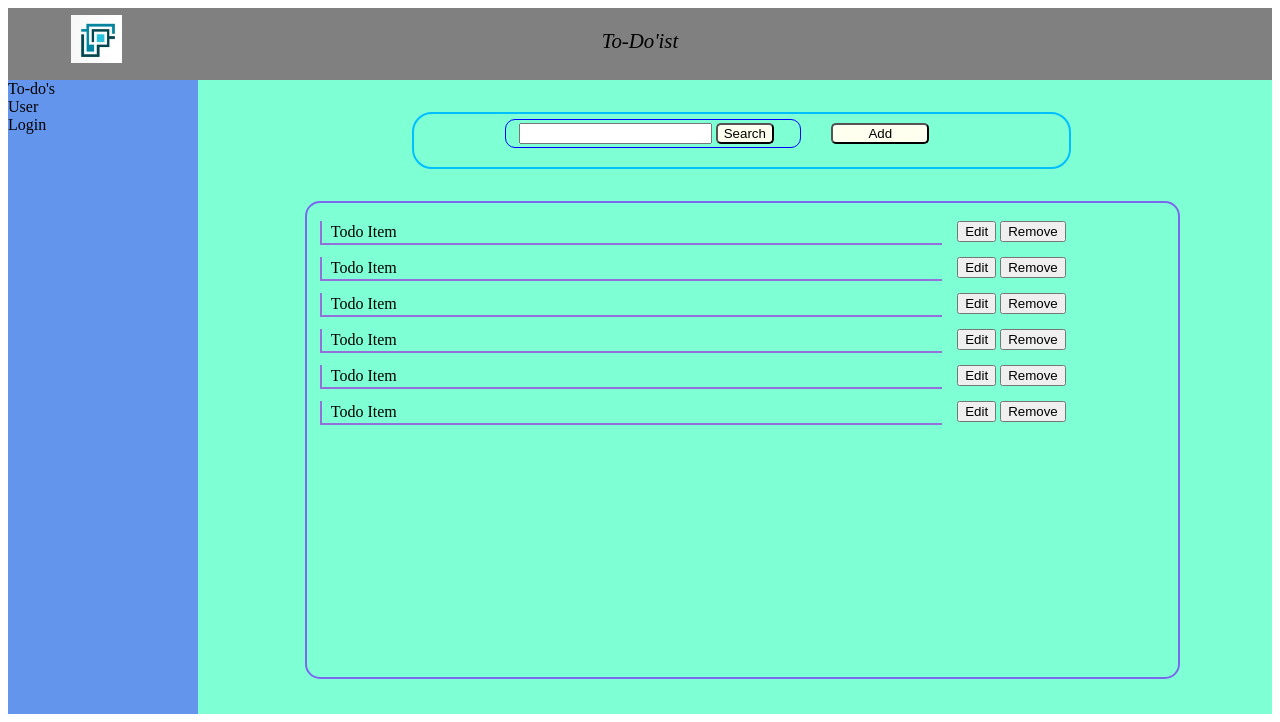
Repository: tavisca-pkadam/Todo-Website
Page: home.html
An editor plug-in stored every save of this project. The page is shown before and after the next save, followed by the edit.
The browser window is 1280 px wide. The pictures show the whole page.

Above is the page before, as saved 2019-08-20 08:35:52.

### home.html
<!DOCTYPE html>
<html>
  <head>
    <meta charset="utf-8" />
    <meta http-equiv="X-UA-Compatible" content="IE=edge" />
    <title>Page Title</title>
    <meta name="viewport" content="width=device-width, initial-scale=1" />
    <link rel="stylesheet" type="text/css" media="screen" href="main.css" />

    <link rel="import" href="components/header.html" />

    <!-- <script src='main.js'></script> -->
  </head>
  <body>
    <div id="head" class="header">
      <img id="company_logo" src="src/logo.jpg" width="5%" />
      <p id="todo_header"><i>To-Do'ist</i></p>
    </div>


    <div id="side_nav">
      <div>
        To-do's
      </div>
      <div>
        User
      </div>
      <div>
        Login
      </div>
    </div>
    <div id="todo_content">
        <div id="todo_content_head">
            <div id="todo_content_search">
                <input type="text" style="padding-right:10px">
                <button class="search_button">Search</button>
            </div>
            <button id="todo_content_add" class="search_button">Add</button>
        </div>
        <div id="todo_list">
            <div class="todo_item">
                <div class="todo_detail">
                        Todo Item
                </div>
                <button class="todo_edit_btn">Edit</button>
                <button>Remove</button>
            </div>
            <div class="todo_item">
                <div class="todo_detail">
                        Todo Item
                </div>
                <button class="todo_edit_btn">Edit</button>
                <button>Remove</button>
            </div>
            <div class="todo_item">
                <div class="todo_detail">
                        Todo Item
                </div>
                <button class="todo_edit_btn">Edit</button>
                <button>Remove</button>
            </div>
            <div class="todo_item">
                <div class="todo_detail">
                        Todo Item
                </div>
                <button class="todo_edit_btn">Edit</button>
                <button>Remove</button>
            </div>
            <div class="todo_item">
                <div class="todo_detail">
                        Todo Item
                </div>
                <button class="todo_edit_btn">Edit</button>
                <button>Remove</button>
            </div>
            <div class="todo_item">
                <div class="todo_detail">
                        Todo Item
                </div>
                <button class="todo_edit_btn">Edit</button>
                <button>Remove</button>
            </div>
        </div>
    </div>
  </body>
</html>

### main.css
.header {
    background-color:gray;
    position: relative;
    width: 100%;
    height: 10vh;
}

#company_logo {
    position: absolute;
    left: 5%;
    width: 4%;
    margin-top: 1vh;
}

#todo_header {
    font-size: 1.3em;
    font-style: oblique;
    font-stretch: expanded;
    position: absolute;
    width: 100%;
    text-align: center;
    /* right: 45%; */
}

#side_nav {
    position: fixed;
    width: 15%;
    background-color: cornflowerblue;
    height: 88vh;
}

#todo_content {
    position: relative;
    left: 15%;
    width:85%;
    background-color: aquamarine;
    height: 88vh;
}

#todo_content_head {
    border: 1px;
    position: relative;
    /* background-color: deepskyblue; */
    padding: 5px;
    width: 60%;
    height: 6vh;
    border-radius: 20px;
    left: 20%;
    top: 5%;

    border-width: 2px;
    border-style: solid;
    border-color: deepskyblue;
}

.search_button{
    text-align: center;
    background-color: ivory;
    border-radius: 5px;
}

#todo_content_search{
    position: absolute;
    /* background-color: darksalmon; */
    padding: 0.5%;
    margin-left:4%;
    padding-left: 2%;
    padding-right: 4%;
    left: 5vw;
    border-radius: 10px;
    border-width: 1px;
    border-style: solid;
    border-color: blue;

}
#todo_content_add {
    position: absolute;
    background-color: ivory;
    left: 30vw;
    /* top: 10px; */
    width: 15%;
    margin: 4px;
    margin-left: 5%;
}


#todo_list {
    /* background-color: mediumslateblue; */
    position: relative;
    width: 80%;
    left: 10%;
    top: 10%;
    height: 65vh;
    border-radius: 15px;
    padding:3px;
    padding-left: 8px;


    border-width: 2px;
    border-style: solid;
    border-color: mediumslateblue;
}

.todo_item{
    margin:5px;
    margin-top: 15px;
}

.todo_edit_btn{
    margin-left: 75%;
}

.todo_detail{
    width: 70%;

    position: absolute;
    padding: 2px;
    padding-left: 1%;

    border-bottom: 6px solid;
    border-left: 6px solid;
    border-width: 2px;
    border-color: mediumpurple;
    }

After the next save:
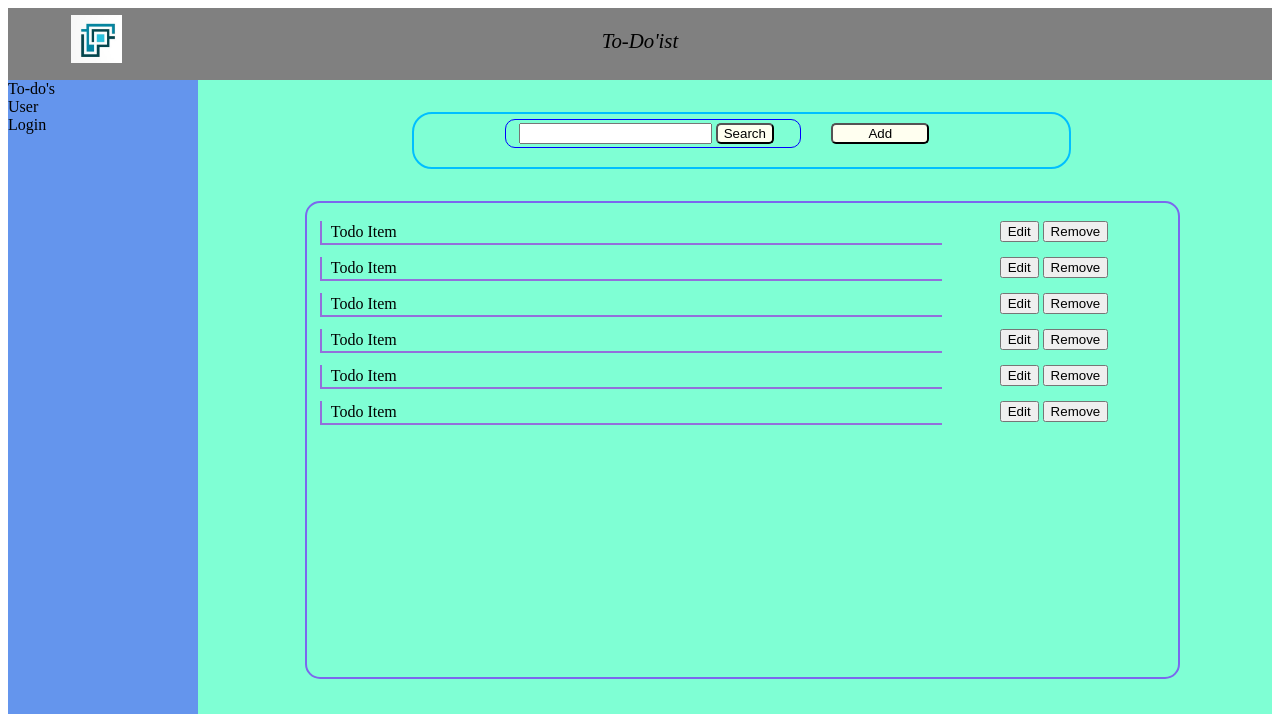
Saved 13 s later.
--- a/main.css
+++ b/main.css
@@ -107,7 +107,7 @@
 }
 
 .todo_edit_btn{
-    margin-left: 75%;
+    margin-left: 80%;
 }
 
 .todo_detail{
